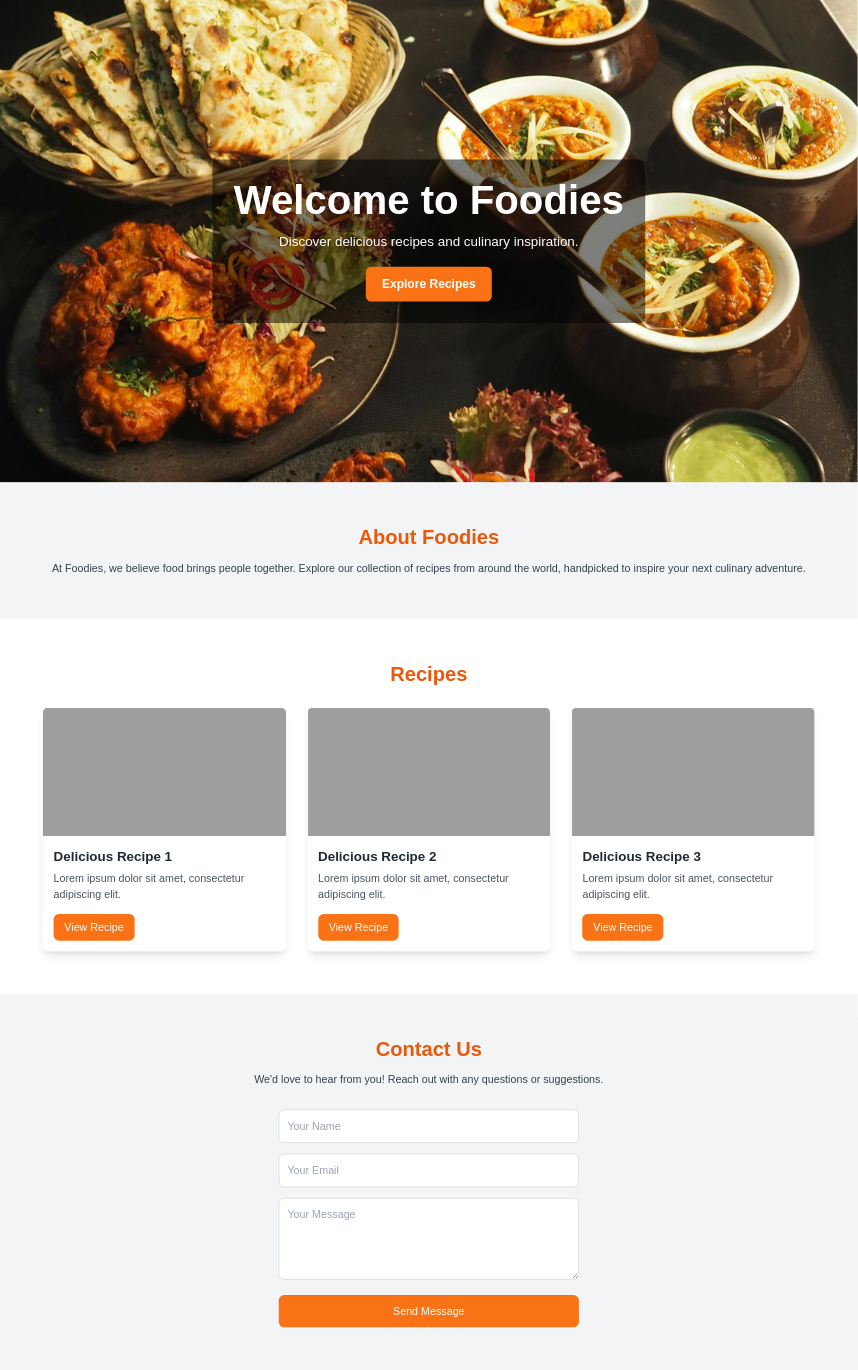
Repository: Ademaulana100499/foodies
Page: /Main
An editor plug-in stored every save of this project. The page is shown before and after the next save, followed by the edit.
The browser window is 1280 px wide. The pictures show the whole page, at 67% of full size.
Pictures or frames that could not be fetched are drawn as grey boxes. The project was rebuilt for these pictures with package versions that can differ from the ones it lists, and the page was loaded fresh each time. The framework's server and built-in components were replaced by stand-ins that run in the browser. Also part of the build but not shown: next.config.ts.

Above is the page before, as saved 2025-01-09 13:09:13.

After the next save:
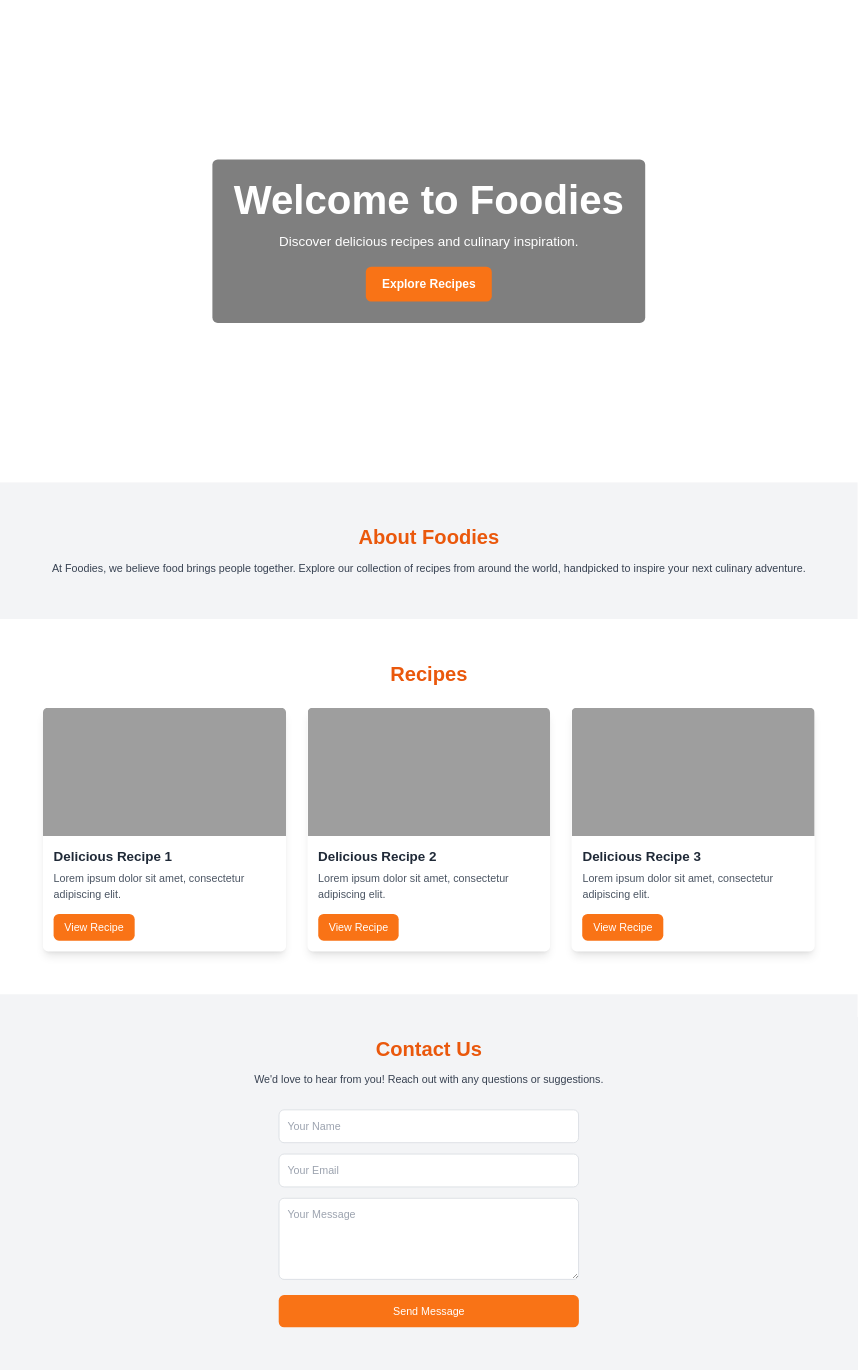
Saved 17 s later.
--- a/src/pages/Main/index.tsx
+++ b/src/pages/Main/index.tsx
@@ -5,7 +5,6 @@
       {/* Hero Section */}
       <section
         id="home"
-        style={{ backgroundImage: "url('/assets/food-home.jpg')" }}
         className="bg-cover bg-center h-screen flex items-center justify-center"
       >
         <div className="text-center text-white bg-black bg-opacity-50 p-8 rounded-lg">

After the save that followed:
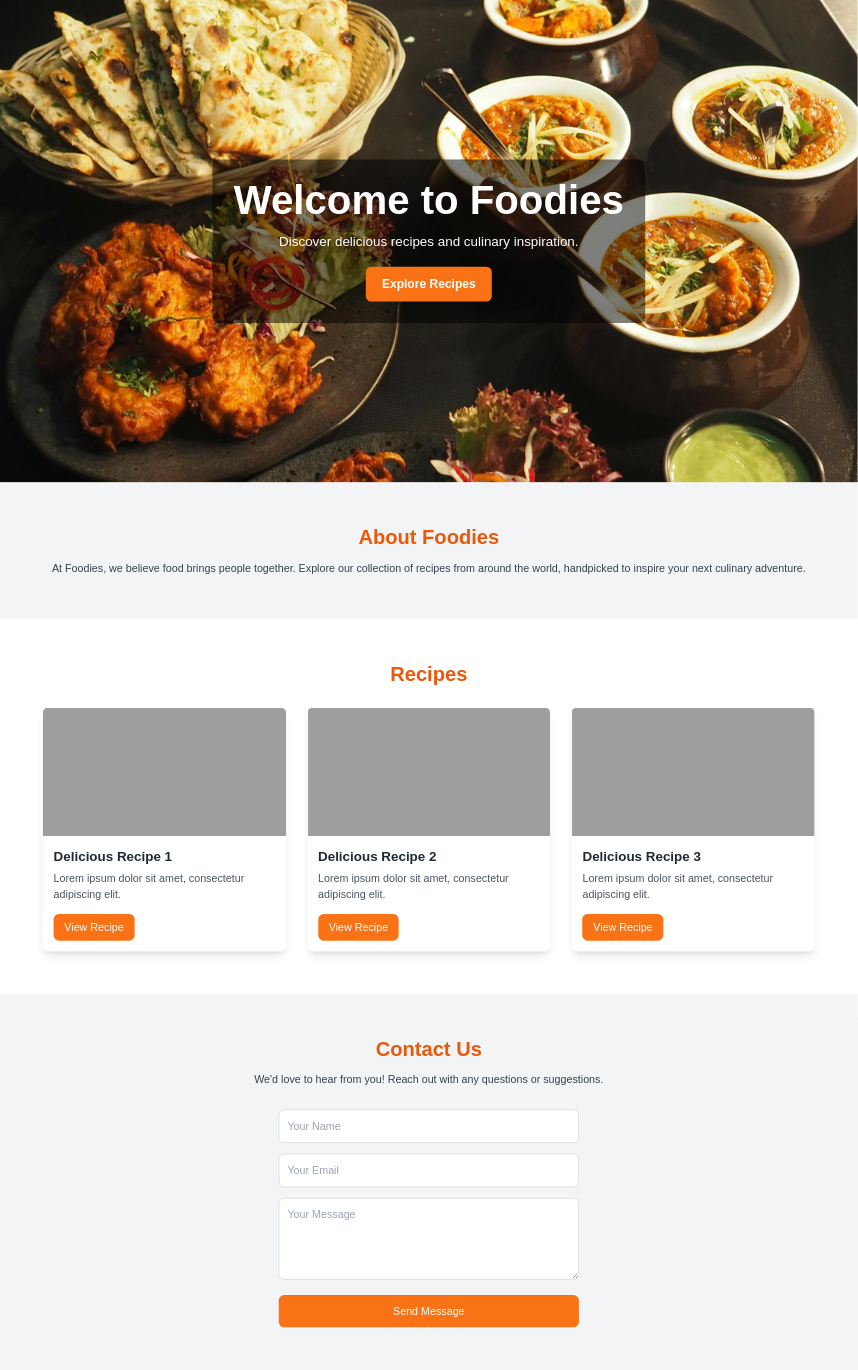
Saved 70 s later.
--- a/src/pages/Main/index.tsx
+++ b/src/pages/Main/index.tsx
@@ -5,6 +5,7 @@
       {/* Hero Section */}
       <section
         id="home"
+        style={{ backgroundImage: "url('/assets/food-home.jpg')" }}
         className="bg-cover bg-center h-screen flex items-center justify-center"
       >
         <div className="text-center text-white bg-black bg-opacity-50 p-8 rounded-lg">
